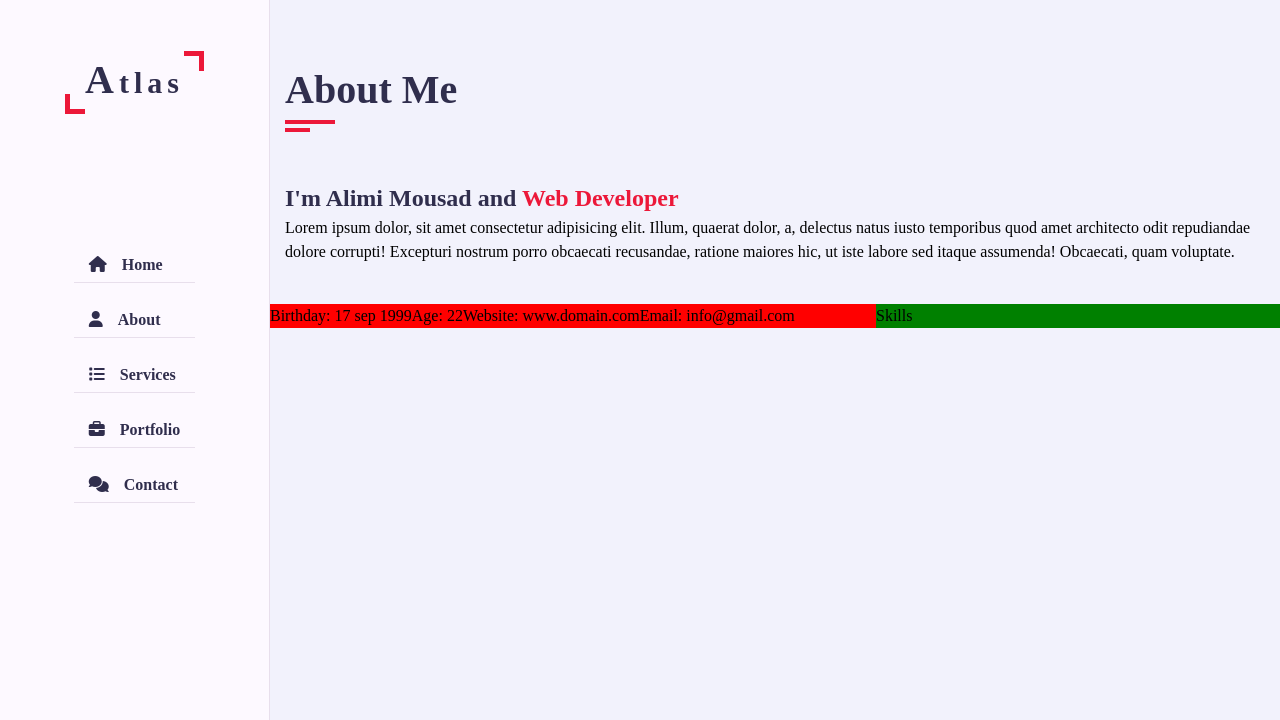
Repository: luanhoang0902/portfolio-ui
Page: index.html
The author's editor kept a copy of each file at every save. The page is drawn from the files as they stood at one save, then again after the next save.
The browser window is 1280 px wide. The pictures show the whole page.
Some web fonts or font styles are not loaded; a fallback is used. Some web libraries are served in a nearby version.

Above is the page before, as saved 2022-06-02 16:07:29.

### index.html
<!DOCTYPE html>
<html lang="en">
  <head>
    <meta charset="UTF-8" />
    <meta http-equiv="X-UA-Compatible" content="IE=edge" />
    <meta name="viewport" content="width=device-width, initial-scale=1.0" />
    <title>Document</title>

    <!--  ===== CSS Files ===== -->
    <link rel="stylesheet" href="./css/style.css" />
    <link rel="stylesheet" href="./css/skins/color-1.css" />
    <link
      rel="stylesheet"
      href="https://cdnjs.cloudflare.com/ajax/libs/font-awesome/6.1.1/css/all.min.css"
    />
  </head>
  <body>
    <!--  ===== Main Container Start> ===== -->
    <div class="main-container">
      <!--  ===== Aside Start> ===== -->
      <div class="aside">
        <div class="logo">
          <a href="#"><span>A</span>tlas</a>
        </div>
        <div class="nav-toggler">
          <span></span>
        </div>
        <ul class="nav">
          <li><a href="#"><i class="fa fa-home" class = "active"></i>Home</a></li>
          <li><a href="#"><i class="fa fa-user"></i>About</a></li>
          <li><a href="#"><i class="fa fa-list"></i>Services</a></li>
          <li><a href="#"><i class="fa fa-briefcase"></i>Portfolio</a></li>
          <li><a href="#"><i class="fa fa-comments"></i>Contact</a></li>
        </ul>
      </div>
      <!--  ===== Aside End> ===== -->
      <!--  ===== Main Content Start> ===== -->
      <div class="main-content">
        <!--  ===== Home Selection Start> ===== -->
        <section class="home section hidden">
          <div class="container">
            <div class="row">
              <div class="home-info padd-15">
                <h3 class="hello">Hello, my name is <span class="name">Alimi Mousaad</span></h3>
                <h3 class="my-profession">I'm a <span class="typing">web designer</span></h3>
                <p>Lorem ipsum, dolor sit amet consectetur adipisicing elit. Molestiae quos assumenda at illum nisi dolores sequi quisquam? Eaque, earum temporibus.</p>
                <a href="#contact" class = "btn hire-me">Hire Me</a>
              </div>
              <div class="home-img ">
                <img src="./images/avatar.JPG" alt="">
              </div>
            </div>
          </div>
        </section>
        <!--  ===== Home Selection End> ===== -->
        <!--  ===== About Selection Start> ===== -->
        <section class="about section padd-15">
          <div class="container">
            <div class="row">
              <div class="section-title padd-15">
                <h2>About Me</h2>
              </div>
            </div>
            <div class="row">
              <div class="about-content padd-15">
                <div class="row">
                  <div class="about-text padd-15">
                    <h3>I'm Alimi Mousad and <span>Web Developer</span></h3>
                    <p>Lorem ipsum dolor, sit amet consectetur adipisicing elit. Illum, quaerat dolor, a, delectus natus iusto temporibus quod amet architecto odit repudiandae dolore corrupti! Excepturi nostrum porro obcaecati recusandae, ratione maiores hic, ut iste labore sed itaque assumenda! Obcaecati, quam voluptate.</p>
                  </div>
                </div>
                <div class="row">
                  <div class="personal-info padd-15">
                    <div class="row">
                      <div class="info-item">
                        <p>Birthday: <span>17 sep 1999</span></p>
                      </div>
                      <div class="info-item">
                        <p>Age: <span>22</span></p>
                      </div>
                      <div class="info-item">
                        <p>Website: <span>www.domain.com</span></p>
                      </div>
                      <div class="info-item">
                        <p>Email: <span>info@gmail.com</span></p>
                      </div>
                    </div>
                  </div>
                  <div class="skills">Skills</div>
                </div>
              </div>
            </div>
          </div>
        </section>
        <!--  ===== About Selection End> ===== -->
      </div>
       <!--  ===== Main Content End> ===== -->
    </div>
    <!--  ===== Main Container End> ===== -->
    <!--  ===== JS Files ===== -->
    <script src="js/script.js"></script>
  </body>
</html>

### css/style.css
/* import font chữ vào */
@import url('https://fonts.googleapis.com/css2?family=Clicker+Script&family=Montserrat:ital,wght@1,100&family=Poppins:ital,wght@0,200;0,300;0,400;0,500;0,700;1,600&display=swap');
/* Khai báo biến */
:root
{
    --bg-black-900: #f2f2fc;
    --bg-black-100: #fdf9ff;
    --bg-balck-50: #e8dfec;

    --text-black-900: #302e4d;
    --text-black-700: #504e70;
}

body
{
    line-height: 1.5;
    font-size: 16px;
    font-family: 'Poopins' sans-serif;
}

*
{
    margin: 0;
    padding: 0;
    outline: none;
    text-decoration: none;
    box-sizing: border-box;
}

::before,::after {
    box-sizing: border-box;
}

ul
{
    list-style: none;
}
.section
{
    background: var(--bg-black-900);
    min-height: 100vh;
    display: block;
    padding: 0 30px;
    left: 270px;
    opacity: 1;
}
.hidden
{
    display: none !important;
}
.main-content
{
    padding-left: 270px;
}
.padd-15
{
    padding-left: 15px;
    padding-right: 15px;
}
.container
{
    max-width: 1100px;
    width: 100%;
    margin: auto;
}
.section .container
{
    padding-top: 60px;
    padding-bottom: 70px;
}
.section-title
{
     flex: 0 0 100%;
     min-width: 100%;
     margin-bottom: 60px;
}
.section-title h2
{
    font-size: 40px;
    color: var(--text-black-900);
    font-weight: 700;
    position: relative;
}
.section-title h2::before
{
    content: '';
    height: 4px;
    width: 50px;
    background-color: var(--skin-color);
    position:absolute;
    top: 100%;
    left: 0;
}
.section-title h2::after
{
    content: '';
    height: 4px;
    width: 25px;
    background-color: var(--skin-color);
    position:absolute;
    top: 100%;
    left: 0;
    margin-top: 8px;
}
.row
{
    display: flex;
    flex-wrap: wrap;
    margin-left: -15px;
    margin-right: -15px;
    position: relative;
}
.btn
{
    font-size: 16px;
    font-weight: 500;
    padding: 12px 35px;
    color: white;
    border-radius: 40px;
    display: inline-block;
    white-space: nowrap;
    border: none;
    background: var(--skin-color);
    transition: all 0.3s ease;
}
.btn:hover
{
    transform: scale(1.05);
}
/* aside */
.aside
{
    position: fixed;
    left: 0;
    top: 0;

    display: flex;
    justify-content: center;
    align-items: center;

    width: 270px;

    background: var(--bg-black-100);

    border-right: 1px solid var(--bg-balck-50);
    padding: 30px;
    height: 100%;
    z-index: 10;
}
.aside .logo
{
    position: absolute;
    top: 50px;
    font-size: 30px;
    text-transform: capitalize;
}
.aside .logo a
{
    position: relative;
    color: var(--text-black-900);
    font-weight: 700;

    padding: 15px 20px;
    font-size:30px;
    letter-spacing: 5px;
}
.aside .logo a span
{
    font-family: 'Click Script', cursive;
    font-size: 40px;
}
.aside .logo a::before
{
    content: '';
    position: absolute;
    bottom: 0;
    left: 0;
    width: 20px;
    height: 20px;

    border-bottom: 5px solid var(--skin-color);
    border-left: 5px solid var(--skin-color);
}
.aside .logo a::after
{
    content: '';
    position: absolute;
    top: 0;
    right: 0;
    width: 20px;
    height: 20px;

    border-top: 5px solid var(--skin-color);
    border-right: 5px solid var(--skin-color);
}
.aside .nav-toggler
{
    height: 40px;
    width: 45px;
    border: 1px solid var(--bg-balck-50);
    cursor: pointer;
    position: fixed;
    left: 300px;
    top: 20px;
    border-radius: 5px;
    background: var(--bg-balck-100);
    display: none;
    justify-content: center;
    align-items: center;
}
.aside .nav-toggler span
{
    height: 2px;
    width: 18px;
    background: var(--skin-color);
    display: inline-block;
    position: relative;
}
.aside .nav-toggler span::before
{
    content: '';
    height: 2px;
    width: 18px;
    background: var(--skin-color);
    position: absolute;
    top: -6px;
    left: 0;
}
.aside .nav-toggler span::after
{
    content: '';
    height: 2px;
    width: 18px;
    background: var(--skin-color);
    position: absolute;
    top: 6px;
    left: 0;
}
.aside .nav
{
    margin-top: 50px;
}
.aside .nav li
{
    margin-bottom: 20px;
    display: block;
}
.aside .nav li a
{
    font-size: 16px;
    font-weight: 600;
    display: block;
    border-bottom: 1px solid var(--bg-balck-50);
    color: var(--text-black-900);
    padding: 5px 15px;
}
.aside .nav li a.active
{
    color: var(--skin-color);
}
.aside .nav li a i
{
    margin-right: 15px;
}
/* Home */
.home
{
    min-height: 100vh;
    display: flex;
    color: var(--text-black-900);
}
.home .home-info
{
    flex: 0 0 60%;
    min-width: 60%;
}
h3.hello
{
    font-size: 28px;
    margin: 15px 0;
}
h3.hello span
{
    font-family: 'Clicker Script', cursive;
    font-size: 30px;
    font-weight: 700;
    color: var(--skin-color);
}
h3.my-profession
{
    font-size: 30px;
    margin: 15px 0;
}
.typing
{
    color: var(--skin-color);
}
.home-info p
{
    margin-bottom: 70px;
    font-size: 20px;
    color: var(--text-black-700);
}
.home .home-img
{
    flex: 0 0 40%;
    min-width: 40%;
    text-align: center;
    position: relative;

}
.home-img::after
{
    content: '';
    position: absolute;
    height: 80px;
    width: 80px;
    border-bottom: 10px solid var(--skin-color);
    border-right: 10px solid var(--skin-color);
    right: 20px;
    bottom: -40px;
}
.home-img::before
{
    content: '';
    position: absolute;
    height: 80px;
    width: 80px;
    border-top: 10px solid var(--skin-color);
    border-left: 10px solid var(--skin-color);
    left: 20px;
    top: -40px;
}
.home .home-img img
{
    height: 400px;
    width: 300px;
    object-fit: cover;

    margin: auto;
    border-radius: 5px;
}
/* About */
.about .about-content
{
    flex: 0 0 100%;
    min-width: 100%;

}
.about .about-content .about-text
{
    flex: 0 0 100%;
    max-width: 100%;
}
.about .about-content .about-text h3
{
    font-size: 24px;
    border-bottom: 15px;
    font-weight: 700;
    color: var(--text-black-900);
}
.about .about-content .about-text h3 span
{
    color: var(--skin-color);
}
.about .about-content .personal-info
{
    flex: 0 0 60%;
    max-width: 60%;
    background: red;
    margin-top: 40px;
}
.about .about-content .skills
{
    flex: 0 0 40%;
    max-width: 40%;
    background: green;
    margin-top: 40px;
}

Loaded but not shown: css/skins/color-1.css (common file); js/script.js (no copy from this time; the picture is the same without it)

After the next save:
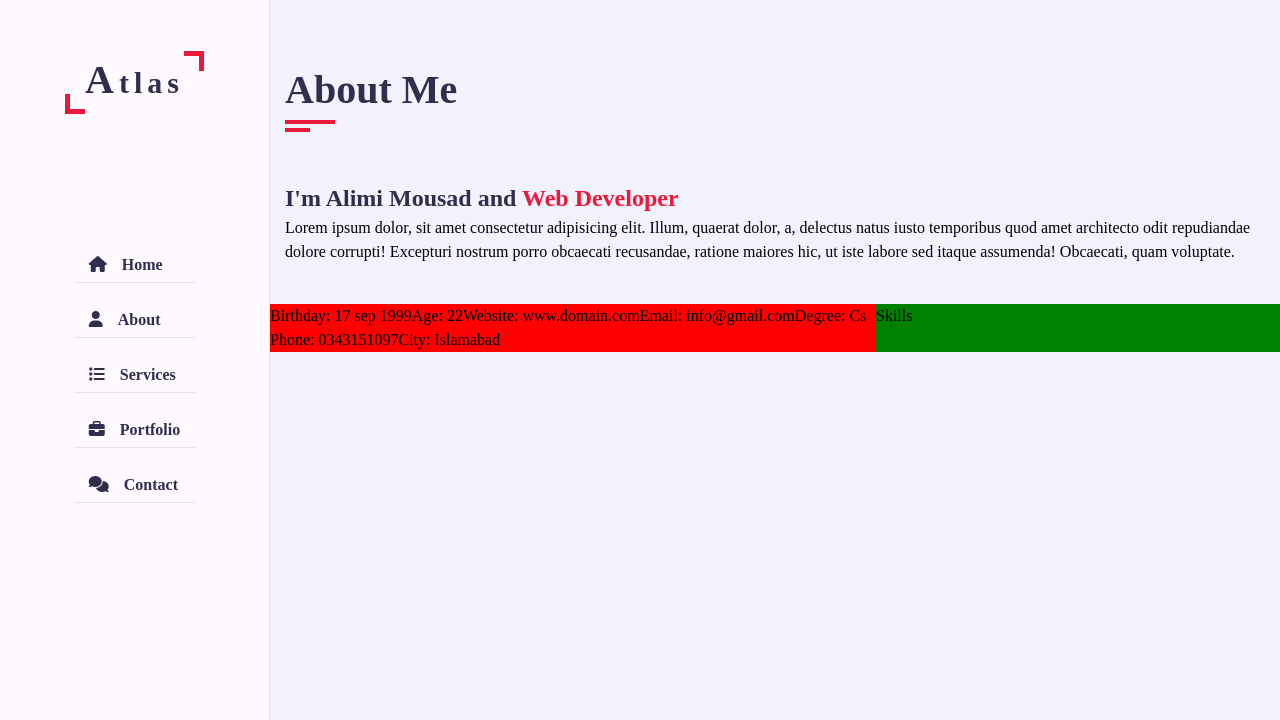
Saved 66 s later.
--- a/index.html
+++ b/index.html
@@ -84,6 +84,15 @@
                       <div class="info-item">
                         <p>Email: <span>info@gmail.com</span></p>
                       </div>
+                      <div class="info-item">
+                        <p>Degree: <span>Cs</span></p>
+                      </div>
+                      <div class="info-item">
+                        <p>Phone: <span>0343151097</span></p>
+                      </div>
+                      <div class="info-item">
+                        <p>City: <span>Islamabad</span></p>
+                      </div>
                     </div>
                   </div>
                   <div class="skills">Skills</div>
